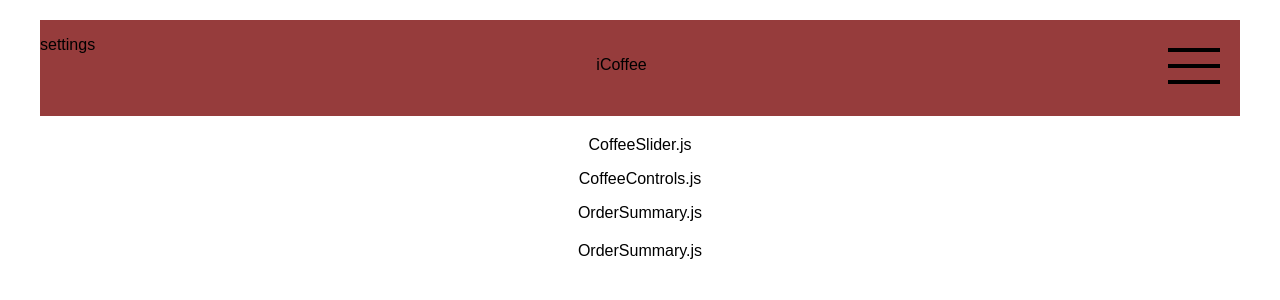
Repository: BG-Guy/CoffeeBuilder
Page: /
The author's editor kept a copy of each file at every save. The page is drawn from the files as they stood at one save, then again after the next save.
The browser window is 1280 px wide. The pictures show the whole page.
The project was rebuilt for these pictures with package versions that can differ from the ones it lists, and the page was loaded fresh each time.

Above is the page before, as saved 2020-08-15 12:13:31.

### src/App.js
import React from "react";
import CoffeeBuilder from "../src/Components/CoffeeBuilder/CoffeeBuilder";
import "./App.css";
import Navigation from "./Components/Navigation/Navigation";

const App = () => {
    return (
        <div className="App">
            <Navigation />
            <CoffeeBuilder />
            <p>OrderSummary.js</p>
        </div>
    );
};

export default App;

### src/Components/CoffeeBuilder/CoffeeBuilder.js
import React, { Component } from "react";

class CoffeeBuilder extends Component {
    constructor(props) {
        super(props);

        this.state = {
            ingredients: {
                sugar: 0,
                coffee: 0,
                water: 0,
                milk: 0,
            },
            totalPrice: 0,
            purchasing: false,
        };
    }

    render() {
        return (
            <div>
                <p>CoffeeSlider.js</p>
                <p>CoffeeControls.js</p>
                <p>OrderSummary.js</p>
            </div>
        );
    }
}

export default CoffeeBuilder;

### src/Components/Navigation/Navigation.js
import React from "react";
import Menu from "./Menu/Menu";
import Header from "./Header/Header";
import "./Navigation.css";

const Navigation = (props) => {
    return (
        <div className="Navigation">
            <p>settings</p>
            <Header />
            <Menu />
        </div>
    );
};

export default Navigation;

### src/Components/Navigation/Menu/Menu.js
import React from "react";
import Logo from "../Menu/icons8-menu-52.png";
import "./Menu.css";

const Menu = () => {
    return (
        <div>
            <img src={Logo} alt="" />
        </div>
    );
};

export default Menu;

### src/Components/Navigation/Header/Header.js
import React from "react";
import "./Header.css";

const Header = (props) => {
    return (
        <div>
            <p>iCoffee</p>
        </div>
    );
};

export default Header;

### src/Components/Navigation/Navigation.css
.Navigation {
    display: flex;
    justify-content: space-between;
    margin: 0px;
    background-color: #963c3c;
}

### src/Components/Navigation/Menu/Menu.css
div {
    margin: 20px;
}

Loaded but not shown: public/index.html (common file); src/index.js (common file); src/index.css (common file); src/registerServiceWorker.js (common file); src/App.css (common file); src/Components/Navigation/Header/Header.css (no stored copy; drawn as an empty file)

After the next save:
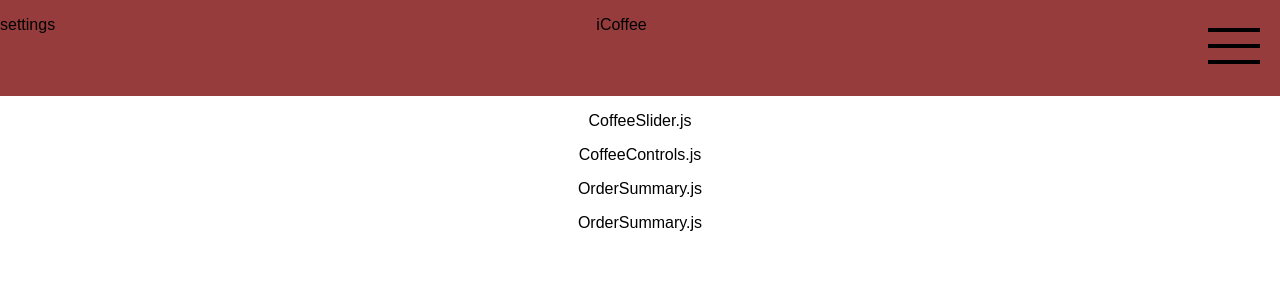
Saved 12 s later.
--- a/src/Components/Navigation/Menu/Menu.css
+++ b/src/Components/Navigation/Menu/Menu.css
@@ -1,3 +1,3 @@
-div {
+img {
     margin: 20px;
 }
